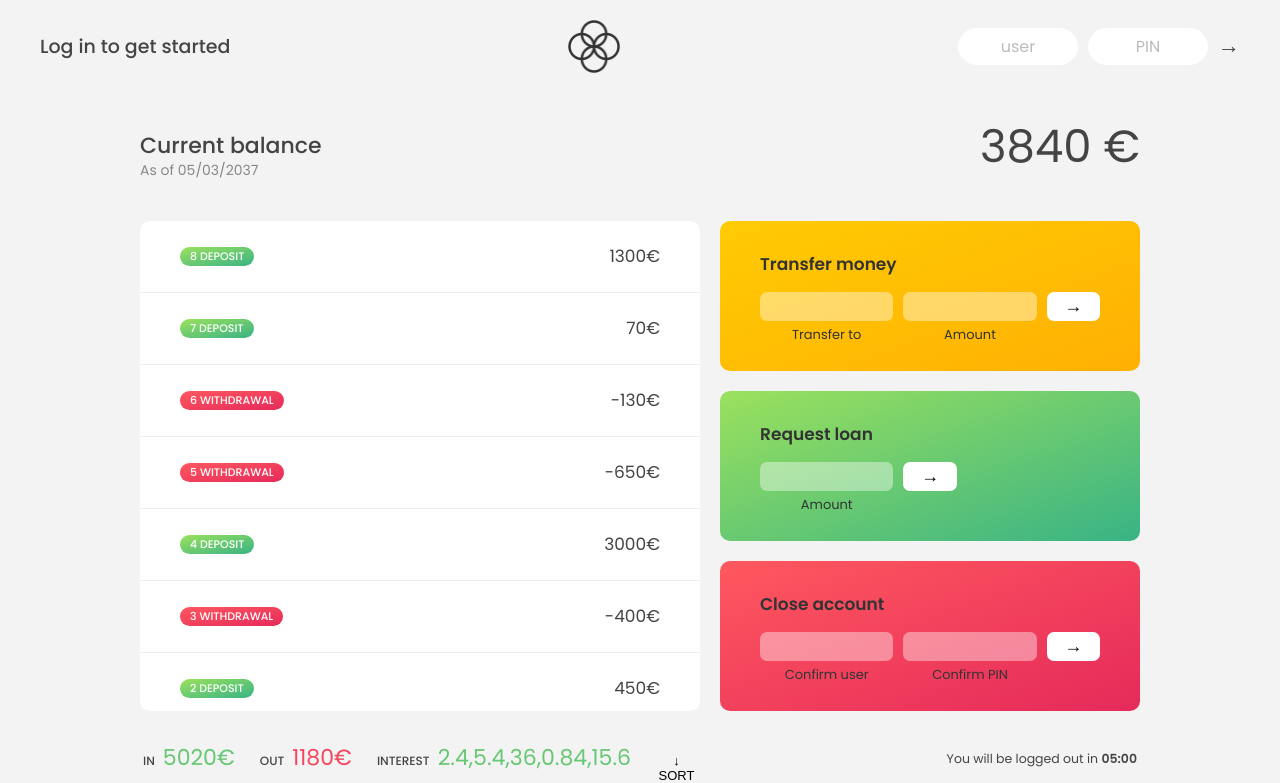
Repository: otvertka/jsc_11
Page: index.html
The author's editor kept a copy of each file at every save. The page is drawn from the files as they stood at one save, then again after the next save.
The browser window is 1280 px wide. The pictures show the whole page.
An inner scrolling area shows only its first screen.

Above is the page before, as saved 2023-02-03 14:41:25.

### index.html
<!DOCTYPE html>
<html lang="en">
  <head>
    <meta charset="UTF-8" />
    <meta name="viewport" content="width=device-width, initial-scale=1.0" />
    <meta http-equiv="X-UA-Compatible" content="ie=edge" />
    <link rel="shortcut icon" type="image/png" href="/icon.png" />

    <link
      href="https://fonts.googleapis.com/css?family=Poppins:400,500,600&display=swap"
      rel="stylesheet"
    />

    <link rel="stylesheet" href="style.css" />
    <title>Bankist</title>
  </head>
  <body>
    <!-- TOP NAVIGATION -->
    <nav>
      <p class="welcome">Log in to get started</p>
      <img src="logo.png" alt="Logo" class="logo" />
      <form class="login">
        <input
          type="text"
          placeholder="user"
          class="login__input login__input--user"
        />
        <!-- In practice, use type="password" -->
        <input
          type="text"
          placeholder="PIN"
          maxlength="4"
          class="login__input login__input--pin"
        />
        <button class="login__btn">&rarr;</button>
      </form>
    </nav>

    <main class="app">
      <!-- BALANCE -->
      <div class="balance">
        <div>
          <p class="balance__label">Current balance</p>
          <p class="balance__date">
            As of <span class="date">05/03/2037</span>
          </p>
        </div>
        <p class="balance__value">0000€</p>
      </div>

      <!-- MOVEMENTS -->
      <div class="movements">
        <div class="movements__row">
          <div class="movements__type movements__type--deposit">2 deposit</div>
          <div class="movements__date">3 days ago</div>
          <div class="movements__value">4 000€</div>
        </div>
        <div class="movements__row">
          <div class="movements__type movements__type--withdrawal">
            1 withdrawal
          </div>
          <div class="movements__date">24/01/2037</div>
          <div class="movements__value">-378€</div>
        </div>
      </div>

      <!-- SUMMARY -->
      <div class="summary">
        <p class="summary__label">In</p>
        <p class="summary__value summary__value--in">0000€</p>
        <p class="summary__label">Out</p>
        <p class="summary__value summary__value--out">0000€</p>
        <p class="summary__label">Interest</p>
        <p class="summary__value summary__value--interest">0000€</p>
        <button class="btn--sort">&downarrow; SORT</button>
      </div>

      <!-- OPERATION: TRANSFERS -->
      <div class="operation operation--transfer">
        <h2>Transfer money</h2>
        <form class="form form--transfer">
          <input type="text" class="form__input form__input--to" />
          <input type="number" class="form__input form__input--amount" />
          <button class="form__btn form__btn--transfer">&rarr;</button>
          <label class="form__label">Transfer to</label>
          <label class="form__label">Amount</label>
        </form>
      </div>

      <!-- OPERATION: LOAN -->
      <div class="operation operation--loan">
        <h2>Request loan</h2>
        <form class="form form--loan">
          <input type="number" class="form__input form__input--loan-amount" />
          <button class="form__btn form__btn--loan">&rarr;</button>
          <label class="form__label form__label--loan">Amount</label>
        </form>
      </div>

      <!-- OPERATION: CLOSE -->
      <div class="operation operation--close">
        <h2>Close account</h2>
        <form class="form form--close">
          <input type="text" class="form__input form__input--user" />
          <input
            type="password"
            maxlength="6"
            class="form__input form__input--pin"
          />
          <button class="form__btn form__btn--close">&rarr;</button>
          <label class="form__label">Confirm user</label>
          <label class="form__label">Confirm PIN</label>
        </form>
      </div>

      <!-- LOGOUT TIMER -->
      <p class="logout-timer">
        You will be logged out in <span class="timer">05:00</span>
      </p>
    </main>

    <!-- <footer>
      &copy; by Jonas Schmedtmann. Don't claim as your own :)
    </footer> -->

    <script src="script.js"></script>
  </body>
</html>

### style.css
/*
 * Use this CSS to learn some intersting techniques,
 * in case you're wondering how I built the UI.
 * Have fun! 😁
 */

* {
  margin: 0;
  padding: 0;
  box-sizing: inherit;
}

html {
  font-size: 62.5%;
  box-sizing: border-box;
}

body {
  font-family: 'Poppins', sans-serif;
  color: #444;
  background-color: #f3f3f3;
  height: 100vh;
  padding: 2rem;
}

nav {
  display: flex;
  justify-content: space-between;
  align-items: center;
  padding: 0 2rem;
}

.welcome {
  font-size: 1.9rem;
  font-weight: 500;
}

.logo {
  height: 5.25rem;
}

.login {
  display: flex;
}

.login__input {
  border: none;
  padding: 0.5rem 2rem;
  font-size: 1.6rem;
  font-family: inherit;
  text-align: center;
  width: 12rem;
  border-radius: 10rem;
  margin-right: 1rem;
  color: inherit;
  border: 1px solid #fff;
  transition: all 0.3s;
}

.login__input:focus {
  outline: none;
  border: 1px solid #ccc;
}

.login__input::placeholder {
  color: #bbb;
}

.login__btn {
  border: none;
  background: none;
  font-size: 2.2rem;
  color: inherit;
  cursor: pointer;
  transition: all 0.3s;
}

.login__btn:hover,
.login__btn:focus,
.btn--sort:hover,
.btn--sort:focus {
  outline: none;
  color: #777;
}

/* MAIN */
.app {
  position: relative;
  max-width: 100rem;
  margin: 4rem auto;
  display: grid;
  grid-template-columns: 4fr 3fr;
  grid-template-rows: auto repeat(3, 15rem) auto;
  gap: 2rem;

  /* NOTE This creates the fade in/out anumation */
  /* opacity: 0; */
  transition: all 1s;
}

.balance {
  grid-column: 1 / span 2;
  display: flex;
  align-items: flex-end;
  justify-content: space-between;
  margin-bottom: 2rem;
}

.balance__label {
  font-size: 2.2rem;
  font-weight: 500;
  margin-bottom: -0.2rem;
}

.balance__date {
  font-size: 1.4rem;
  color: #888;
}

.balance__value {
  font-size: 4.5rem;
  font-weight: 400;
}

/* MOVEMENTS */
.movements {
  grid-row: 2 / span 3;
  background-color: #fff;
  border-radius: 1rem;
  overflow: scroll;
}

.movements__row {
  padding: 2.25rem 4rem;
  display: flex;
  align-items: center;
  border-bottom: 1px solid #eee;
}

.movements__type {
  font-size: 1.1rem;
  text-transform: uppercase;
  font-weight: 500;
  color: #fff;
  padding: 0.1rem 1rem;
  border-radius: 10rem;
  margin-right: 2rem;
}

.movements__date {
  font-size: 1.1rem;
  text-transform: uppercase;
  font-weight: 500;
  color: #666;
}

.movements__type--deposit {
  background-image: linear-gradient(to top left, #39b385, #9be15d);
}

.movements__type--withdrawal {
  background-image: linear-gradient(to top left, #e52a5a, #ff585f);
}

.movements__value {
  font-size: 1.7rem;
  margin-left: auto;
}

/* SUMMARY */
.summary {
  grid-row: 5 / 6;
  display: flex;
  align-items: baseline;
  padding: 0 0.3rem;
  margin-top: 1rem;
}

.summary__label {
  font-size: 1.2rem;
  font-weight: 500;
  text-transform: uppercase;
  margin-right: 0.8rem;
}

.summary__value {
  font-size: 2.2rem;
  margin-right: 2.5rem;
}

.summary__value--in,
.summary__value--interest {
  color: #66c873;
}

.summary__value--out {
  color: #f5465d;
}

.btn--sort {
  margin-left: auto;
  border: none;
  background: none;
  font-size: 1.3rem;
  font-weight: 500;
  cursor: pointer;
}

/* OPERATIONS */
.operation {
  border-radius: 1rem;
  padding: 3rem 4rem;
  color: #333;
}

.operation--transfer {
  background-image: linear-gradient(to top left, #ffb003, #ffcb03);
}

.operation--loan {
  background-image: linear-gradient(to top left, #39b385, #9be15d);
}

.operation--close {
  background-image: linear-gradient(to top left, #e52a5a, #ff585f);
}

h2 {
  margin-bottom: 1.5rem;
  font-size: 1.7rem;
  font-weight: 600;
  color: #333;
}

.form {
  display: grid;
  grid-template-columns: 2.5fr 2.5fr 1fr;
  grid-template-rows: auto auto;
  gap: 0.4rem 1rem;
}

/* Exceptions for interst */
.form.form--loan {
  grid-template-columns: 2.5fr 1fr 2.5fr;
}
.form__label--loan {
  grid-row: 2;
}
/* End exceptions */

.form__input {
  width: 100%;
  border: none;
  background-color: rgba(255, 255, 255, 0.4);
  font-family: inherit;
  font-size: 1.5rem;
  text-align: center;
  color: #333;
  padding: 0.3rem 1rem;
  border-radius: 0.7rem;
  transition: all 0.3s;
}

.form__input:focus {
  outline: none;
  background-color: rgba(255, 255, 255, 0.6);
}

.form__label {
  font-size: 1.3rem;
  text-align: center;
}

.form__btn {
  border: none;
  border-radius: 0.7rem;
  font-size: 1.8rem;
  background-color: #fff;
  cursor: pointer;
  transition: all 0.3s;
}

.form__btn:focus {
  outline: none;
  background-color: rgba(255, 255, 255, 0.8);
}

.logout-timer {
  padding: 0 0.3rem;
  margin-top: 1.9rem;
  text-align: right;
  font-size: 1.25rem;
}

.timer {
  font-weight: 600;
}

### script.js
'use strict';

/////////////////////////////////////////////////
/////////////////////////////////////////////////

// /////////////////////////////////////////////////
// /////////////////////////////////////////////////
// // LECTURES

// const currencies = new Map([
//   ['USD', 'United States dollar'],
//   ['EUR', 'Euro'],
//   ['GBP', 'Pound sterling'],
// ]);

// const movements = [200, 450, -400, 3000, -650, -130, 70, 1300];

// /////////////////////////////////////////////////

// // 1
// let arr = ['a', 'b', 'c', 'd', 'e'];

// // SLICE . Метод slice() возвращает новый массив, содержащий копию части исходного массива.
// //// SYNTAX  arr.slice([begin[, end]])

// console.log(arr.slice(2)); // c, d, e
// console.log(arr);
// console.log(arr.slice(2, 4)); // c, d
// console.log(arr.slice(-2)); // d, e
// console.log(arr.slice(-1)); // LAST ELEM e
// console.log(arr.slice(1, -2)); // b, c

// console.log(arr.slice()); //  ['a', 'b', 'c', 'd', 'e']  Копирует весь массив
// console.log([...arr]); //  ['a', 'b', 'c', 'd', 'e']  Копирует весь массив SPREAD

// // SPLICE Метод splice() изменяет содержимое массива, удаляя существующие элементы и/или добавляя новые.
// // // SYNTAX  array.splice(start[, deleteCount[, item1[, item2[, ...]]]])

// // console.log(arr.splice(2)); // c, d, e
// arr.splice(-1); // удаляет последний элемент в массиве
// console.log(arr); //  ['a', 'b', 'c', 'd']
// arr.splice(1, 2); // удаляет 2 элемента , начиная с 1
// console.log(arr); // [a, d]

// // REVERSE  . Метод reverse() на месте обращает порядок следования элементов массива. Первый элемент массива становится последним, а последний — первым.
// ///// SYNTAX  array.reverse()

// arr = ['a', 'b', 'c', 'd', 'e'];
// const arr2 = ['j', 'i', 'h', 'g', 'f'];
// console.log(arr2.reverse()); //['f', 'g', 'h', 'i', 'j']
// console.log(arr2); // Изменяет основной массив ['f', 'g', 'h', 'i', 'j']

// // CONCAT / Метод concat() возвращает новый массив, состоящий из массива, на котором он был вызван,
// //             соединённого с другими массивами и/или значениями, переданными в качестве аргументов.
// // SYNTAX   var new_array = old_array.concat(value1[, value2[, ...[, valueN]]])

// const letters = arr.concat(arr2);
// console.log(letters); // ['a', 'b', 'c', 'd', 'e', 'f', 'g', 'h', 'i', 'j']
// console.log([...arr, ...arr2]); //  ['a', 'b', 'c', 'd', 'e', 'f', 'g', 'h', 'i', 'j']

// // JOIN  Метод join() объединяет все элементы массива (или массивоподобного объекта) в строку.
// // SYNTAX
// console.log(letters.join(' - ')); // a - b - c - d - e - f - g - h - i - j

// // LECtion 2 . at
// const arr = [23, 11, 64];
// console.log(arr[0]); // 23
// console.log(arr.at(0)); // 23 at position 0

// // получаем последний элем в массиве
// console.log(arr[arr.length - 1]); // 64
// console.log(arr.slice(-1)[0]); // получаем последний элем в массиве

// console.log(arr.at(-1)); // 64
// console.log('jonas'.at(0)); // j Также работает со строками

// LECT 3. Метод forEach() выполняет указанную функцию один раз для каждого элемента в массиве.
// SYNTAX .arr.forEach(function callback(currentValue, index, array) {
//your iterator
// }[, thisArg]);
// const movements = [200, 450, -400, 3000, -650, -130, 70, 1300];

// // for (const movement of movements) {
// for (const [i, movement] of movements.entries()) {
//   if (movement > 0) {
//     console.log(`Movement ${i + 1}: You deposited ${movement}`);
//   } else {
//     console.log(`Movement ${i + 1}: You withdrew ${Math.abs(movement)}`); // Math.abs - удалит знак МИНУС
//   }
// }
// console.log('----FOREACH-----');
// // callback Функция, которая будет вызвана для каждого элемента массива.
// movements.forEach(function (movement, index, array) {
//   if (movement > 0) {
//     console.log(`Movement ${index + 1}: You deposited ${movement}`);
//   } else {
//     console.log(`Movement ${index + 1}: You withdrew ${Math.abs(movement)}`); // Math.abs - удалит знак МИНУС
//   }
// });
// // 0: function(200)
// // 1: function(450)
// // 2: function(400)
// // ....

// LECT 4 . forEach with Map and Set

// const currencies = new Map([
//   ['USD', 'United States dollar'], // 'key', 'value'
//   ['EUR', 'Euro'],
//   ['GBP', 'Pound sterling'],
// ]);

// currencies.forEach(function (value, key, map) {
//   console.log(`${key}: ${value}`);
// });

// // Set
// const currenciesUnique = new Set(['USD', 'GBP', 'USD', 'EUR', 'EUR']);
// console.log(currenciesUnique); // {'USD', 'GBP', 'EUR'}

// currenciesUnique.forEach(function (value, _, map) {
//   console.log(`${value}: ${value}`); // USD: USD ,GBP: GBP ,EUR: EUR
// });
//////////////////////////////////////////////////////////////////////////////////////////////

// BANKIST APP

// Data
const account1 = {
  owner: 'Jonas Schmedtmann',
  movements: [200, 450, -400, 3000, -650, -130, 70, 1300],
  interestRate: 1.2, // %
  pin: 1111,
};

const account2 = {
  owner: 'Jessica Davis',
  movements: [5000, 3400, -150, -790, -3210, -1000, 8500, -30],
  interestRate: 1.5,
  pin: 2222,
};

const account3 = {
  owner: 'Steven Thomas Williams',
  movements: [200, -200, 340, -300, -20, 50, 400, -460],
  interestRate: 0.7,
  pin: 3333,
};

const account4 = {
  owner: 'Sarah Smith',
  movements: [430, 1000, 700, 50, 90],
  interestRate: 1,
  pin: 4444,
};

const accounts = [account1, account2, account3, account4];

// Elements
const labelWelcome = document.querySelector('.welcome');
const labelDate = document.querySelector('.date');
const labelBalance = document.querySelector('.balance__value');
const labelSumIn = document.querySelector('.summary__value--in');
const labelSumOut = document.querySelector('.summary__value--out');
const labelSumInterest = document.querySelector('.summary__value--interest');
const labelTimer = document.querySelector('.timer');

const containerApp = document.querySelector('.app');
const containerMovements = document.querySelector('.movements');

const btnLogin = document.querySelector('.login__btn');
const btnTransfer = document.querySelector('.form__btn--transfer');
const btnLoan = document.querySelector('.form__btn--loan');
const btnClose = document.querySelector('.form__btn--close');
const btnSort = document.querySelector('.btn--sort');

const inputLoginUsername = document.querySelector('.login__input--user');
const inputLoginPin = document.querySelector('.login__input--pin');
const inputTransferTo = document.querySelector('.form__input--to');
const inputTransferAmount = document.querySelector('.form__input--amount');
const inputLoanAmount = document.querySelector('.form__input--loan-amount');
const inputCloseUsername = document.querySelector('.form__input--user');
const inputClosePin = document.querySelector('.form__input--pin');

const displayMovements = function (movements) {
  containerMovements.innerHTML = ''; // очищаем поля Расходы Прибыль

  movements.forEach(function (mov, i) {
    // Заполняем данные из массива Movements
    // аналог .....  .textContent = 0;
    const type = mov > 0 ? 'deposit' : 'withdrawal';
    const html = `
  <div class="movements__row">
    <div class="movements__type movements__type--${type}">${i + 1} ${type}</div>
    <div class="movements__value">${mov}€</div>
    </div>
  `;

    containerMovements.insertAdjacentHTML('afterbegin', html);
  });
};

displayMovements(account1.movements);

// LECT 10 REDUCE
const calcDisplayBalance = function (movements) {
  const balance = movements.reduce((accum, mov) => accum + mov, 0);
  labelBalance.textContent = `${balance} €`;
};
calcDisplayBalance(account1.movements);

// LECT 11 The Magic of Chaining Methods

const calcDisplaySummary = function (movements) {
  const incomes = movements
    .filter(mov => mov > 0)
    .reduce((acc, mov) => acc + mov, 0);
  labelSumIn.textContent = `${incomes}€`;

  const out = movements
    .filter(mov => mov < 0)
    .reduce((acc, mov) => acc + mov, 0);
  labelSumOut.textContent = `${Math.abs(out)}€`;

  // Проценты с депозита (Interest)
  const interest = movements
    .filter(mov => mov > 0)
    .map(deposit => (deposit * 1.2) / 100);
  labelSumInterest.textContent = `${interest}`;
};
calcDisplaySummary(account1.movements);

// const eurToUsd = 1.1;
// console.log(movements);
// // PIPELINE трубопровод
// const totalDepositUSD = movements
//   .filter(mov => mov > 0)
//   .map((mov, i, arr) => {
//     // console.log(arr);
//     return mov * eurToUsd;
//   })
//   // .map(mov => mov * eurToUsd)
//   .reduce((acc, mov) => acc + mov, 0);
// console.log(totalDepositUSD);

// LECT 8. Computing user names
//  добавляем новое свойство username ='stw' -сокращенные имена в объекты
const createUsernames = function (accs) {
  accs.forEach(function (acc) {
    // используем FOREACH,а не Map,
    acc.username = acc.owner // т.к не хотим создавать новый массив, а добавляем новое свойство username ='stw' -сокращенные имена
      .toLowerCase()
      .split(' ')
      .map(name => name[0])
      .join('');
  });
};

createUsernames(accounts);

// console.log(accounts);

// console.log(containerMovements.innerHTML);

// LECT5.
//  CHALANGE #1
// [3,5,2,12,7] , [4,1, 15,8,3]
// [9,16, 6, 8,3], [10,5,6,1,4]

// const checkDogs = function (dogsJulia, dogsKate) {
//   // Jonas version:
//   // const dogsJuliaCorrected = dogsJulia.slice();
//   // dogsJuliaCorrected.splice(0,1);
//   // dogsJuliaCorrected.splice(-2);
//   // console.log(dogsJuliaCorrected);

//   const juliaCopy = dogsJulia.slice();
//   const juliaCorrecteded = juliaCopy.splice(1, `${juliaCopy.length}` - 3, -1); // удаляем Первый и Последний элем (средний параметр это длина всей строки - 3 элеммента)

//   const allDogs = juliaCorrecteded.concat(dogsKate); // Объединили 2 массива
//   allDogs.forEach(function (dog, index) {
//     //  callback Функция, которая будет вызвана для каждого элемента массива.
//     if (dog >= 3) {
//       console.log(
//         `Dog number ${index + 1} is an adult and is ${dog} years old`
//       );
//     } else {
//       console.log(
//         `Dog number ${index + 1} is still a puppy 🐶 and is ${dog} years old`
//       );
//     }
//   });
//   console.log(allDogs);
// };
// // checkDogs([3, 5, 2, 12, 7], [4, 1, 15, 8, 3]);
// checkDogs([9, 16, 6, 8, 3], [10, 5, 6, 1, 4]);

////////////////////////////
// CHALANGE #2 Мой вариант
// const ages = [5, 2, 4, 1, 15, 8, 3];

// const calcAverageHumanAge = ages.map(function (age) {
//   if (age <= 2) {
//     return age * 2;
//   } else {
//     return age * 4 + 16;
//   }
// });

// console.log(calcAverageHumanAge);
// const adultDogs = calcAverageHumanAge.filter(humanAge => humanAge > 18);

// console.log(adultDogs);
// const averageAge =
//   adultDogs.reduce((accum, cur) => accum + cur, 0) / adultDogs.length;
// console.log(averageAge);

// ///// ////////// ///////// //     CHALANGE # 2  JONAS VERS!!!!!
// const calcAverageHumanAge = function (ages) {
//   const humanAges = ages.map(age => (age <= 2 ? 2 * age : 16 + age * 4));
//   const adults = humanAges.filter(age => age >= 18);
//   const average = adults.reduce((accum, age) => accum + age, 0) / adults.length;
//   // аналогично можно так сразу делить  2, 3 (2+3)/2 = 2.5 === 2/2 +3/2 = 2.5;
//   // const averag = adults.reduce((acc, age, i, arr) => acc +age/ arr.length, 0);
//   console.log(average);
//   return average;
// };
// const avg1 = calcAverageHumanAge([5, 2, 4, 1, 15, 8, 3]);
// const avg2 = calcAverageHumanAge([16, 6, 10, 5, 6, 1, 4]);
// console.log(age);

////////////////////////////

// LECT 7. MAP method

const movements = [200, 450, -400, 3000, -650, -130, 70, 1300];
// const eurToUsd = 1.1;

// const movementsUSD = movements.map(mov => mov * eurToUsd); // аналог через СТРЕЛОЧНУЮ ф-ю
// // movements.map(function (mov) {
// //   return mov * eurToUsd;
// // });
// console.log(movements);
// console.log(movementsUSD); // 220 , 495, -440, 3300...

// const movementsUSDfor = [];
// for (const mov of movements) {
//   movementsUSDfor.push(mov * eurToUsd);
// }
// console.log(movementsUSDfor); // 220 , 495, 440, 3300...

// const movementsDescriptions = movements.map(
//   (mov, index) =>
//     `Movement ${index + 1}: You ${
//       mov > 0 ? 'deposited' : 'withdrew'
//     } ${Math.abs(mov)}`
// );
// // if (mov > 0) {
// //   return `Movement ${index + 1}: You deposited ${mov}`;
// // } else {
// //   return `Movement ${index + 1}: You withdrew ${Math.abs(mov)}`; // Math.abs - удалит знак МИНУС
// // }

// console.log(movementsDescriptions);

// LECT 9 FILTER method
// Метод filter() создаёт новый массив со всеми элементами, прошедшими проверку, задаваемую в передаваемой функции.
// SYNTAX
// Стрелочная функция
// filter((element) => { ... } )
// filter((element, index) => { ... } )
// filter((element, index, array) => { ... } )

// // Колбэк-функция
// filter(callbackFn)
// filter(callbackFn, thisArg)

// // Встроенная колбэк-функция
// filter(function callbackFn(element) { ... })
// filter(function callbackFn(element, index) { ... })
// filter(function callbackFn(element, index, array){ ... })
// filter(function callbackFn(element, index, array) { ... }, thisArg)

/// ПРИМЕР
// const movements = [200, 450, -400, 3000, -650, -130, 70, 1300];
// const deposits = movements.filter(function (mov) {
//   return mov > 0;
// });
// console.log(deposits); // [200, 450, 3000, 70, 1300]

// //аналогично с FOR
// const depositsFOR = [];
// for (const mov of movements) {
//   if (mov > 0) {
//     depositsFOR.push(mov);
//   }
// }
// console.log(depositsFOR); // [200, 450, 3000, 70, 1300]

// // FILTER method
// const withdrawals = movements.filter(mov => mov < 0);
// console.log(withdrawals); // [-400, -650, -130]

// LECT 10 . REDUCE method . Метод reduce() применяет функцию reducer к каждому элементу массива (слева-направо), возвращая одно результирующее значение.
// SYNTAX  array.reduce(callback[, initialValue])

// const movements = [200, 450, -400, 3000, -650, -130, 70, 1300];
// console.log(movements);

// // accumulator -> SNOWBALL
// // const balance = movements.reduce(function (accum, cur, i, arr) {
// //   console.log(`Iteration ${i}: ${accum}`);
// //   return accum + cur; // callback функция - это 1 параметр, Аккумулируется значение
// // }, 0); // 0 -initialValue стартовое значение

// // Через СТРЕЛОЧНУЮ ФУНКЦИЮ
// const balance = movements.reduce((accum, cur) => accum + cur, 0);
// console.log(balance); // 3840

// // аналог с FOR
// let balance2 = 0;
// for (const mov of movements) balance2 += mov;
// console.log(balance2); // 3840

// // Maximum value
// const max = movements.reduce((acc, mov) => {
//   if (acc > mov) return acc;
//   else return mov;
// }, movements[0]);
// console.log(max);

After the next save:
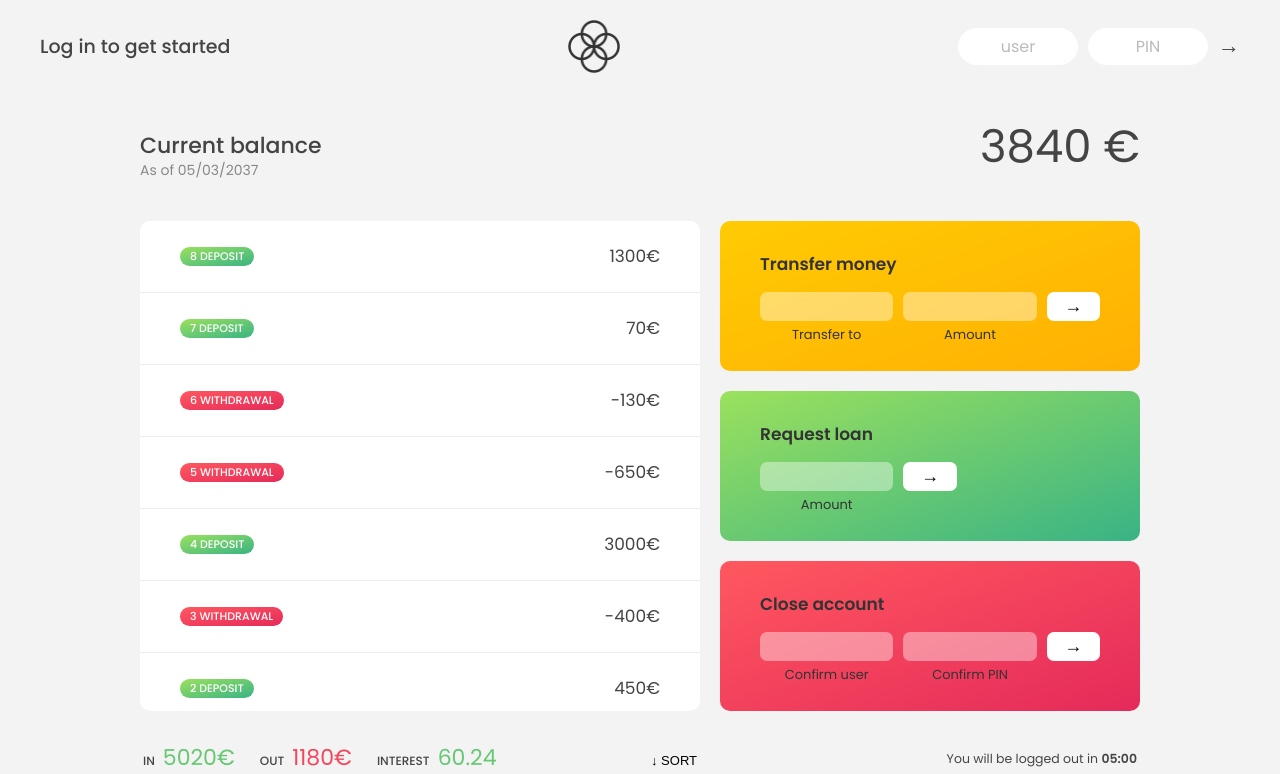
Saved 56 s later.
--- a/script.js
+++ b/script.js
@@ -225,7 +225,8 @@ const calcDisplaySummary = function (movements) {
   // Проценты с депозита (Interest)
   const interest = movements
     .filter(mov => mov > 0)
-    .map(deposit => (deposit * 1.2) / 100);
+    .map(deposit => (deposit * 1.2) / 100)
+    .reduce((acc, cur) => acc + cur);
   labelSumInterest.textContent = `${interest}`;
 };
 calcDisplaySummary(account1.movements);
